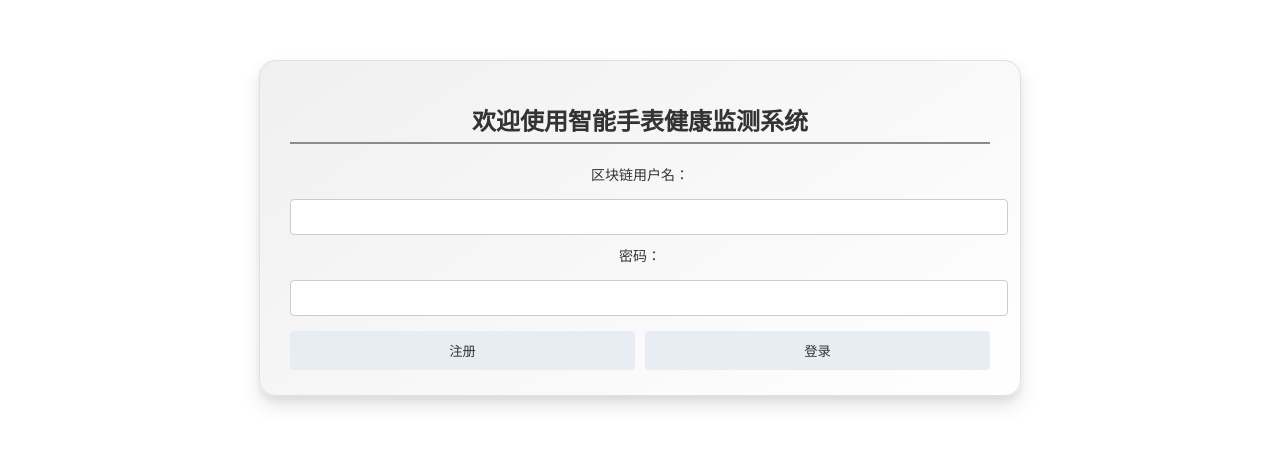
Repository: hyperion0831/The-management-of-IoT-data-sharing-based-on-blockchain
Page: / (app in Dz/frontend/)
The author's editor kept a copy of each file at every save. The page is drawn from the files as they stood at one save, then again after the next save.
The browser window is 1280 px wide. The pictures show the whole page.
The project was rebuilt for these pictures with package versions that can differ from the ones it lists, and the page was loaded fresh each time. Also part of the build but not shown: Dz/frontend/vue.config.js, Dz/frontend/src/components/dashboard/DataUploadAndExport.vue, Dz/frontend/src/components/dashboard/RealTimeMonitoring.vue, Dz/frontend/src/components/dashboard/DataAnalysis.vue, Dz/frontend/src/components/dashboard/AppSettings.vue, Dz/frontend/src/components/DataDashBoard.vue.

Above is the page before, as saved 2024-11-12 00:24:20.

### Dz/frontend/src/main.js
import { createApp } from 'vue';
import App from './App.vue';
import router from './router';
import ElementPlus from 'element-plus';
import 'element-plus/dist/index.css';

const app = createApp(App);

app.use(router)
app.use(ElementPlus)
app.mount('#app');

### Dz/frontend/src/App.vue
<template>
  <div id="app">
    <router-view></router-view>
  </div>
</template>

<script>
export default {
  name: 'App'
};
</script>

<style>
#app {
  font-family: Avenir, Helvetica, Arial, sans-serif;
  -webkit-font-smoothing: antialiased;
  -moz-osx-font-smoothing: grayscale;
  text-align: center;
  color: #2c3e50;
  margin-top: 60px;
}
</style>

### Dz/frontend/src/router/index.js
import { createRouter, createWebHistory } from 'vue-router';
import DataDashBoard from '../components/DataDashBoard.vue'; // 导入仪表盘组件
import Login from '../components/LoginForm.vue';

const routes = [
  { path: '/', redirect: '/login' },
  { path: '/login', name: 'Login', component: Login },
  { path: '/datadashboard', name: 'DataDashBoard', component: DataDashBoard },
];

const router = createRouter({
  history: createWebHistory(),
  routes
});

export default router;

### Dz/frontend/src/components/LoginForm.vue
<template>
    <div class="loginform">

      <!-- 初始页面 -->
      <div v-if="!isRegistering">
        <h1>欢迎使用智能手表健康监测系统</h1>

        <!-- 区块链用户名和密码显示区域 -->
        <div class="blockchain-info">
          <label>区块链用户名：</label>
          <input type="text" v-model="displayPublicKey" readonly />
          <label>密码：</label>
          <input type="text" v-model="displayPrivateKey" readonly />
        </div>

        <!-- 登录、注册按钮 -->
        <div class="button-row">
          <button @click="handleRegisterClick">注册</button>
          <button @click="handleLoginClick">登录</button>
        </div>

        <!-- 隐藏的文件选择框 -->
        <input
          ref="fileInput"
          type="file"
          accept=".txt"
          style="display: none"
          @change="handleFileUpload"
        />
      </div>

      <!-- 注册页面（覆盖整个页面） -->
      <div v-if="isRegistering" class="register-section">
        <h1>注册新用户</h1>
        <label for="identity">选择身份：</label>
        <select v-model="identity">
          <option value="doctor">医生</option>
          <option value="user">普通用户</option>
        </select>

        <div v-if="identity === 'doctor'" class="blockchain-info">
          <label for="name">姓名：</label>
          <input type="text" v-model="name" placeholder="请输入姓名" />
          <label for="id">工号：</label>
          <input type="text" v-model="doctorId" placeholder="请输入工号" />
        </div>
        <div v-else class="blockchain-info">
          <label for="name">姓名：</label>
          <input type="text" v-model="name" placeholder="请输入姓名" />
        </div>

        <div class="button-row">
          <button @click="generateAndSaveKeyPair">生成密钥对</button>
          <button @click="goToLoginPage">返回登录</button>
        </div>

        <p v-if="keyGenerated">密钥对已生成并保存到文件中。</p>
      </div>
    </div>
  </template>

  <script>

  export default {
    data() {
      return {
        currentView: null, // 初始无显示
        blockchainUsername: '',  // 区块链用户名
        blockchainPassword: '',  // 区块链密码
        uploadedFile: null,      // 已上传的文件
        displayPrivateKey: '',
        displayPublicKey: '',
        keyGenerated: false,
        isLoggedIn: false,
        privateKey: null,
        publicKey: null,
        identity: 'user',
        name: '',
        doctorId: '',
        errorMessage: '',// 错误消息
        isRegistering: false, // 是否正在注册,
        showErrorModal: false,
      };
    },
    mounted() {
      // 页面加载时检查是否已登录
      const isLoggedIn = sessionStorage.getItem("isLoggedIn");
      const userName = sessionStorage.getItem("userName");
      if (isLoggedIn === "true" && userName) {
        this.isLoggedIn = true;
        this.name = userName.split('-')[1]; // 提取用户名
        const storedData = JSON.parse(localStorage.getItem(userName)); // 从 localStorage 获取密钥对数据
        if (storedData) {
          this.displayPublicKey = storedData.publicKey;
          this.displayPrivateKey = storedData.privateKey;
        }
      }
    },
    methods: {
      // 点击登录按钮，弹出文件选择框
      handleLoginClick() {
        this.$refs.fileInput.click();
      },

      // 点击注册按钮后，切换到注册界面
      handleRegisterClick() {
        this.isRegistering = true; // 显示注册界面
      },

      // 检查是否已注册
      isRegistered() {
        const registered = localStorage.getItem(`${this.identity}-${this.name}-${this.doctorId|| ''}`);
        return !!registered;
      },

      // 注册
      async generateAndSaveKeyPair() {

        const registrationKey = `${this.identity}-${this.name}-${this.doctorId || ''}`;
        if (this.isRegistered()) {
          alert("已注册，请直接登录。");
          return;
        }
        let isValid = true; // 添加一个标志来追踪身份验证状态

        if (this.identity === 'doctor') {
          if (this.name !== 'Dz' || this.doctorId !== '2448') {
            alert('医生身份信息错误，请检查姓名和工号。');
            isValid = false; // 设置标志为false
          }
        } else if (this.identity === 'user') {
          const validUserNames = ['TYC', 'DDS'];
          if (!validUserNames.includes(this.name)) {
            alert('普通用户姓名错误，请检查姓名。');
            isValid = false; // 设置标志为false
          }
        }
          // 如果身份验证未通过，直接返回
          if (!isValid) {
            return;
          }

        try {
            // 创建种子字符串，确保不同身份和用户生成不同的密钥
            const uniqueSeed = `${this.identity}-${this.name}-${this.doctorId || ''}`;
            console.log(`生成密钥的种子信息：${uniqueSeed}`);

            // 生成密钥对
            const keyPair = await window.crypto.subtle.generateKey(
              {
                name: "RSA-OAEP",
                modulusLength: 2048,
                publicExponent: new Uint8Array([1, 0, 1]),
                hash: { name: "SHA-256" },
              },
              true,
              ["encrypt", "decrypt"]
            );
            const publicKey = await window.crypto.subtle.exportKey("spki", keyPair.publicKey);
            const privateKey = await window.crypto.subtle.exportKey("pkcs8", keyPair.privateKey);

            const publicKeyBase64 = btoa(String.fromCharCode(...new Uint8Array(publicKey)));
            const privateKeyBase64 = btoa(String.fromCharCode(...new Uint8Array(privateKey)));

            const combinedKeys = `-----BEGIN PUBLIC KEY-----\n${publicKeyBase64}\n-----END PUBLIC KEY-----\n-----BEGIN PRIVATE KEY-----\n${privateKeyBase64}\n-----END PRIVATE KEY-----`;

            // 将密钥对保存到文件
            const blob = new Blob([combinedKeys], { type: "application/octet-stream" });
            const downloadLink = document.createElement("a");
            downloadLink.href = URL.createObjectURL(blob);
            downloadLink.download = `${this.name}_password.txt`;
            downloadLink.click();

            // 将身份标记为已注册
            localStorage.setItem(registrationKey, JSON.stringify({ publicKey: publicKeyBase64, privateKey: privateKeyBase64 }));
            this.keyGenerated = true;
            this.currentView = 'success'; // 注册成功后切换到 success 视图
            this.$emit('registerSuccess', { identity: this.identity, name: this.name });
          } catch (error) {
              console.error("生成密钥对失败：", error);
          }
      },

      //秘钥显示
      handleFileUpload(event) {
        const file = event.target.files[0];
        if (file) {
          const reader = new FileReader();
          reader.onload = () => {
            const fileContent = reader.result;
            // 提取公钥和私钥内容并显示
            const publicKeyMatch = fileContent.match(/-----BEGIN PUBLIC KEY-----\n([\s\S]+?)\n-----END PUBLIC KEY-----/);
            const privateKeyMatch = fileContent.match(/-----BEGIN PRIVATE KEY-----\n([\s\S]+?)\n-----END PRIVATE KEY-----/);

            if (publicKeyMatch && privateKeyMatch) {
              const publicKey = publicKeyMatch[1];
              const privateKey = privateKeyMatch[1];
              // 验证密钥对
              this.verifyKeyPair(publicKey, privateKey); // 处理文件内容
            } else {
              alert("文件格式不正确，请上传包含公钥和私钥的文件。");
            }
          };
          reader.readAsText(file);
        }
      },

      //登录验证
      async verifyKeyPair(publicKeyBase64, privateKeyBase64) {
        let matchingKey = null;
        try {
          // 遍历 localStorage 查找匹配的公私钥
          for (let i = 0; i < localStorage.length; i++) {
            const key = localStorage.key(i);//user-TYC-
            const storedData = JSON.parse(localStorage.getItem(key));
            if (storedData.publicKey === publicKeyBase64 &&
              storedData.privateKey === privateKeyBase64)
            {
              matchingKey = key;
              console.log(`键值：${matchingKey}`);
              break;
            }
          }
          if (matchingKey) {
            console.log(`找到匹配的 registrationKey：${matchingKey}`);
            // 执行登录逻辑，例如设置登录状态、保存 session 等
            this.isLoggedIn = true;

            sessionStorage.setItem("isLoggedIn", "true");
            sessionStorage.setItem("userName", matchingKey);

            // 显示公钥和私钥内容
            this.displayPublicKey = publicKeyBase64;
            this.displayPrivateKey = privateKeyBase64;

            alert(`登录成功！\n欢迎你， ${matchingKey.split('-')[1]}${matchingKey.startsWith('doctor') ? '医生' : '用户'}`);
            this.$router.push({ name: 'DataDashboard' });
          } else {
            alert("未找到匹配的注册信息，请检查密钥文件。");
          }
        } catch (error) {
          console.error("验证密钥对时出错：", error);
          alert("密钥验证失败，请重新上传正确的密钥文件。");
        }
      },

      // 返回登录界面
      goToLoginPage() {
        this.isRegistering = false; // 退出注册界面，显示登录按钮页面
        this.currentView = null; // 清空当前视图
      },

    },
  };
  </script>

  <style scoped>
  .loginform {
    width: 700px; /* 调整宽度 */
    padding: 25px 30px; /* 增加内边距 */
    margin: 60px auto; /* 居中 */
    background: linear-gradient(145deg, #f0f0f0, #ffffff); /* 添加柔和的渐变背景 */
    border: 1px solid #e0e0e0; /* 边框颜色更浅 */
    border-radius: 16px; /* 调整圆角 */
    box-shadow: 0 10px 20px rgba(0, 0, 0, 0.1), 0 6px 6px rgba(0, 0, 0, 0.05); /* 添加双层阴影 */
  }

  h1 {
    font-size: 24px;
    color: #333;
    margin-bottom: 20px;
    align-self: flex-start; /* 将标题移到左边 */
    border-bottom: 2px solid #888c92; /* 添加下划线 */
    padding-bottom: 5px;
  }

  .blockchain-info {
    display: flex;
    flex-direction: column;
    gap: 10px;
    width: 100%;
  }

  .blockchain-info label {
    font-size: 14px;
    color: #333;
  }

  .blockchain-info input {
    width: 100%;
    padding: 8px;
    border: 1px solid #ccc;
    border-radius: 4px;
    font-size: 16px;
    margin-top: 5px;
    text-align: center;
  }

  .user-info {
    display: flex;
    justify-content: space-around;
    font-size: 14px;
    color: #555;
    margin-top: 10px;
    width: 100%;
  }

  .button-row {
    display: flex;
    flex-direction: row;
    flex-wrap: wrap;
    gap: 10px;
    margin-top: 15px;
    width: 100%;
  }

  .button-row button {
    flex: 1 1 calc(50% - 10px);
    padding: 10px;
    background-color: #e8edf3;
    color: #333;
    border: none;
    border-radius: 4px;
    cursor: pointer;
    transition: background-color 0.3s ease;
  }

  .button-row button:hover {
    background-color: #acababcc;
  }

  .register-section, .login-section {
    margin-top: 20px;
  }

  select, input[type="text"], input[type="file"] {
    width: 100%;
    padding: 8px;
    border: 1px solid #ccc;
    border-radius: 4px;
    margin-top: 5px;
  }

  p {
    font-size: 14px;
    color: #333;
    margin-top: 10px;
  }
  </style>

Loaded but not shown: Dz/frontend/public/index.html (common file)

After the next save:
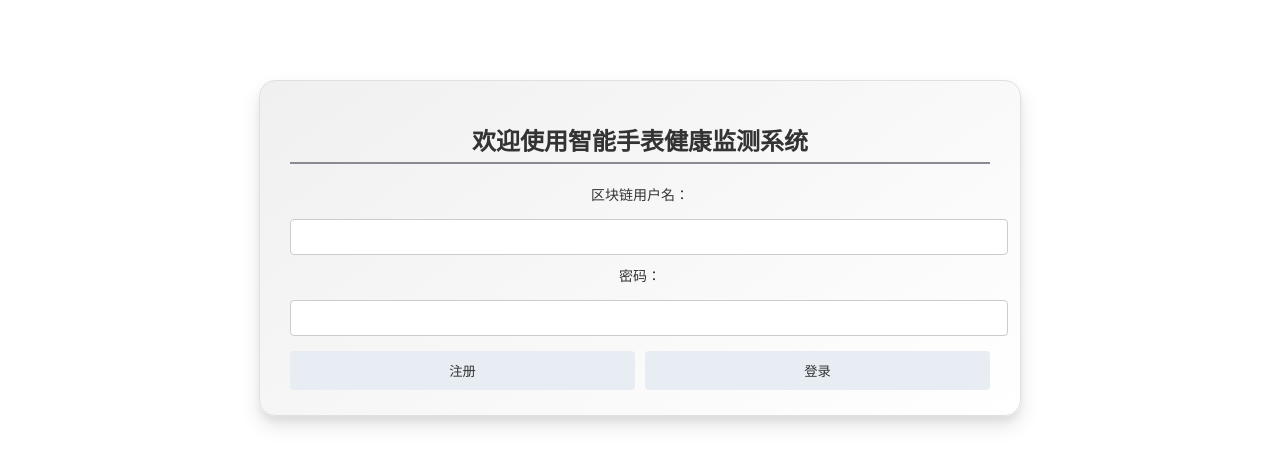
Saved 15 s later.
--- a/Dz/frontend/src/components/LoginForm.vue
+++ b/Dz/frontend/src/components/LoginForm.vue
@@ -258,7 +258,7 @@
   .loginform {
     width: 700px; /* 调整宽度 */
     padding: 25px 30px; /* 增加内边距 */
-    margin: 60px auto; /* 居中 */
+    margin: 80px auto; /* 居中 */
     background: linear-gradient(145deg, #f0f0f0, #ffffff); /* 添加柔和的渐变背景 */
     border: 1px solid #e0e0e0; /* 边框颜色更浅 */
     border-radius: 16px; /* 调整圆角 */
